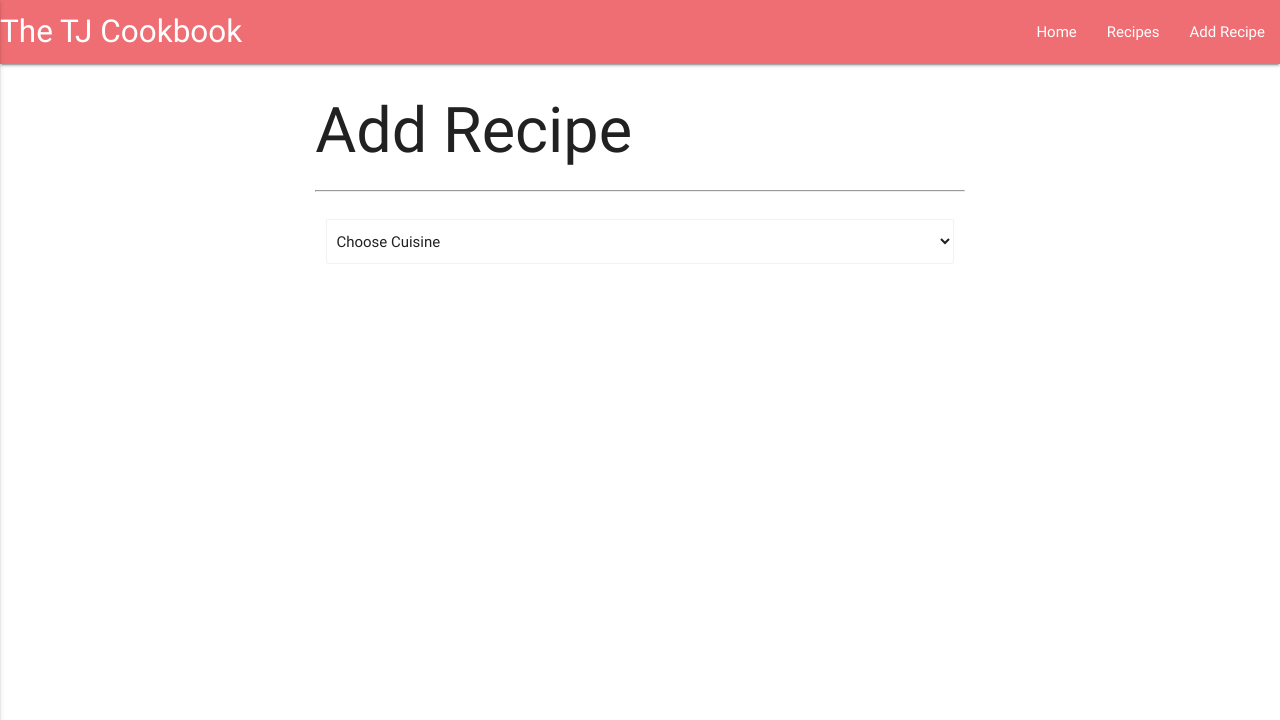
Repository: CapitainHolmes/cookbook-project
Page: http://localhost/add_recipe
The author's editor kept a record of every edit. The page is drawn from the files as they stood at one moment, then again after the next edit.
The browser window is 1280 px wide. The pictures show the whole page.
Some web libraries are served in a nearby version. The page is served by the project's application, run on Flask 3 (app.py). Queries for data that is not in the repository find no rows.

Above is the page before.

After the next edit:
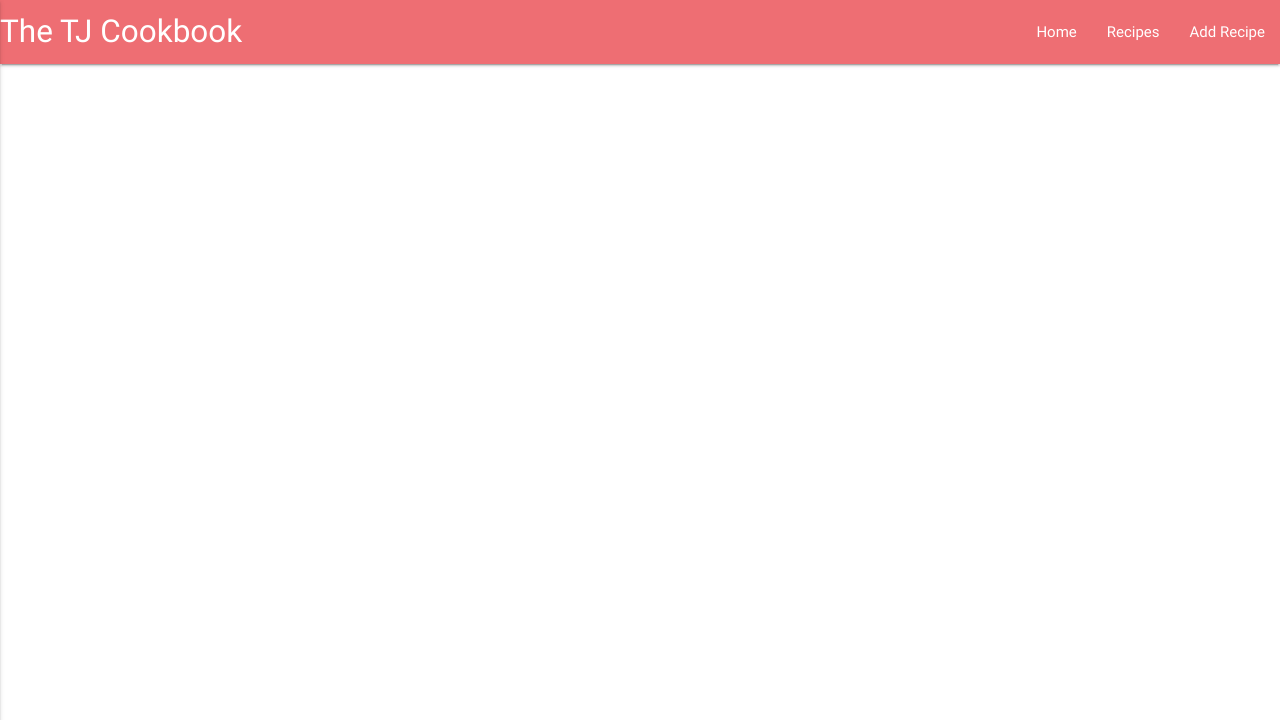
The edit:
--- a/templates/addrecipe.html
+++ b/templates/addrecipe.html
@@ -1,26 +1,6 @@
 {% extends 'base.html' %} {% block content %}
-<!--Heading-->
-<div class="container">
-  <div class="row">
-    <div class="col-lg-8 col-md-10 mx-auto">
-      <div class="site-heading">
-        <h1>Add Recipe</h1>
-        <hr>
-      </div>
-    </div>
-  </div>
-</div>
 
-<!--Form-->
-<form class="container text-center" action="" method="POST">
 
-  <!-- Cuisine -->
-  <select class="browser-default custom-select mb-4" name="cuisine">
-        <option value="" disabled selected>Choose Cuisine</option>
-        {% for cuis in cuisines %}
-        <option value="{{cuis.cuisine}}">{{cuis.cuisine}}</option>
-        {% endfor %}
-    </select>
 
 
 {% endblock %}
